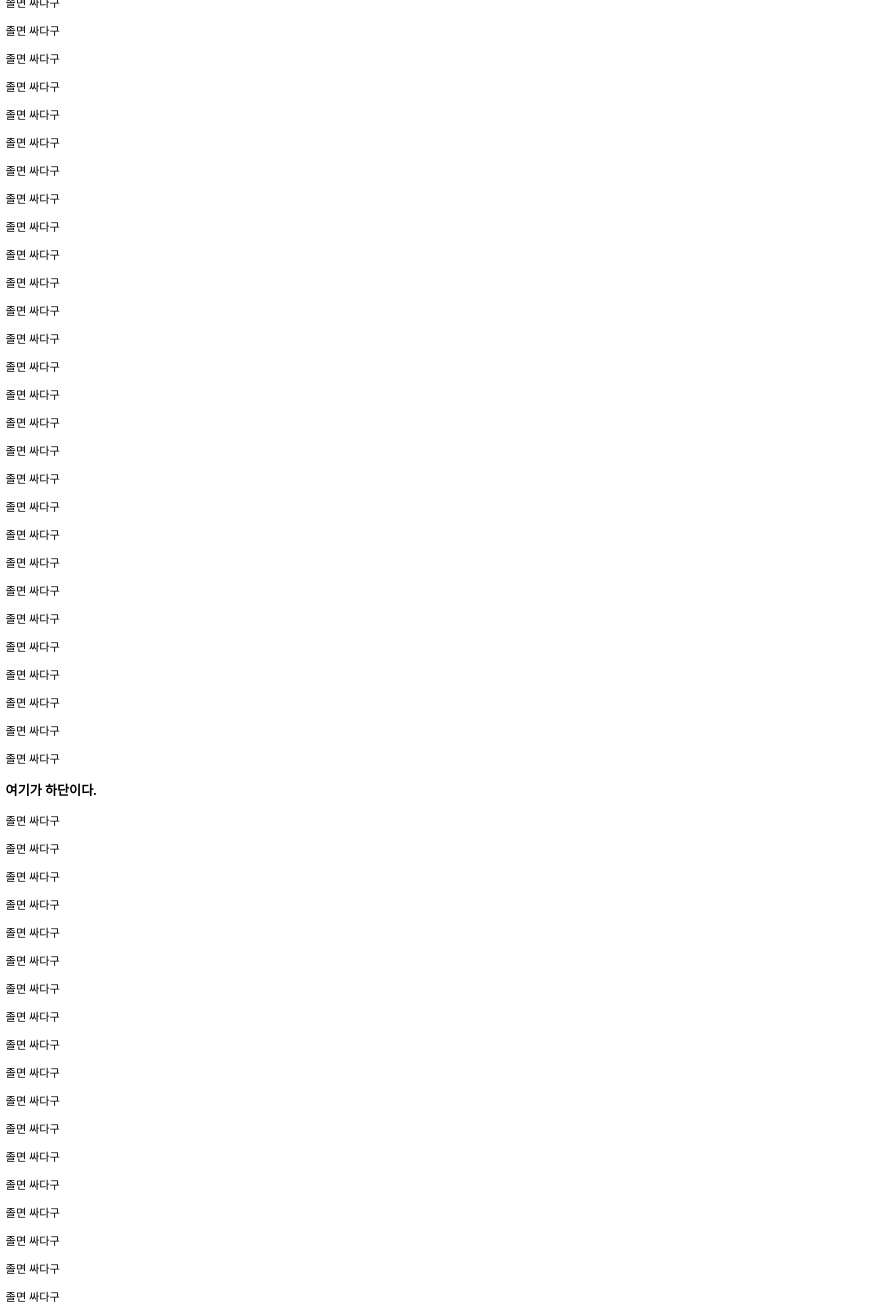
Repository: JeongHyeongKim/practice_myself
Page: Si_basic/WebProject/setp01_HTMLCS/WebContent/HTML/ex02_aTag.html
These files come from the project's save history. The page is drawn as it stood at one moment and after the next save; the edit follows.
The browser window is 1280 px wide. The pictures show the part of the page from y = 1288 to 3208 px (the page is 3168 px tall before and 3208 px after), at 70% of full size.

Above is the page before, as saved 2019-04-22 04:10:36.

After the next save:
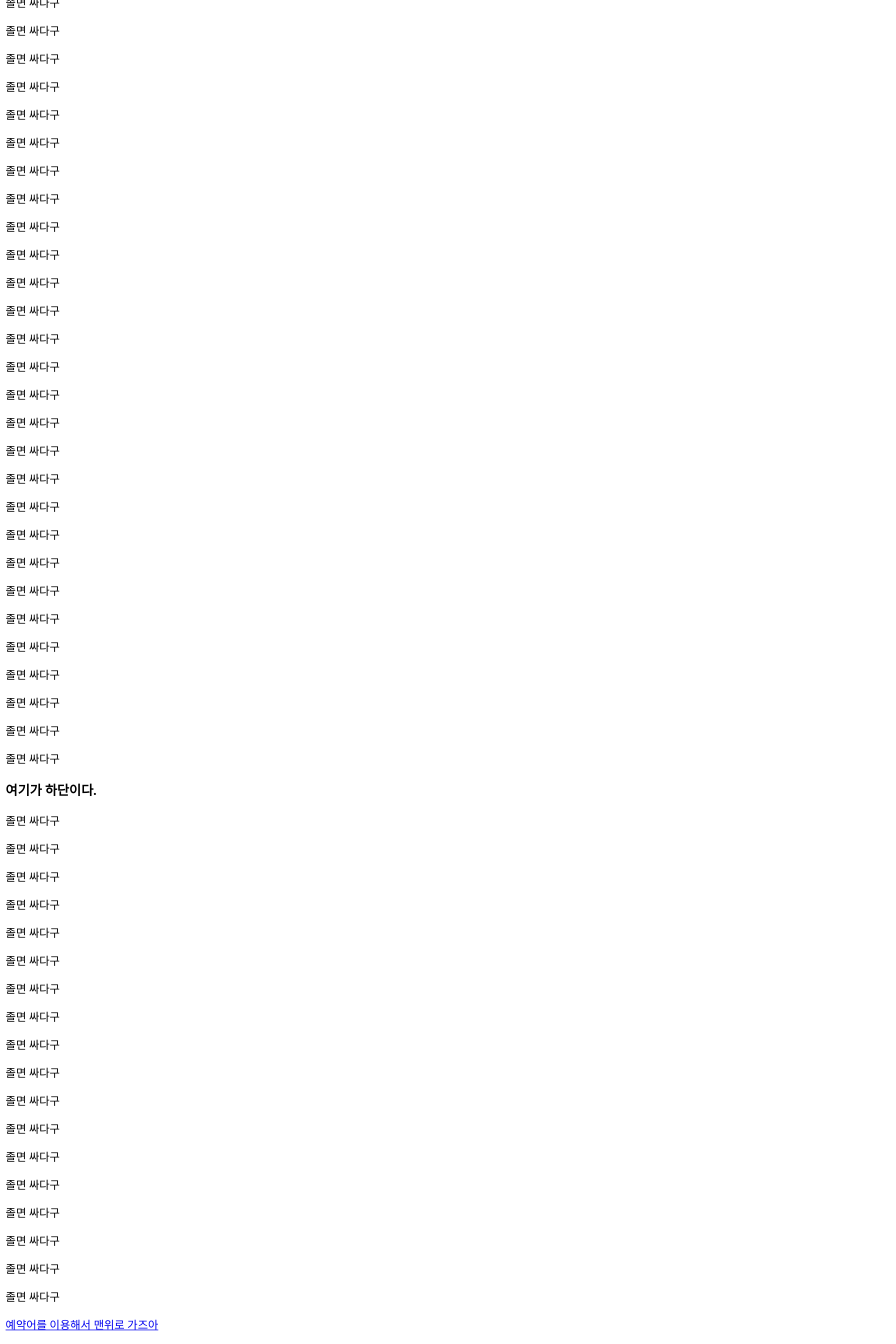
Saved 90 s later.
--- a/Si_basic/WebProject/setp01_HTMLCS/WebContent/HTML/ex02_aTag.html
+++ b/Si_basic/WebProject/setp01_HTMLCS/WebContent/HTML/ex02_aTag.html
@@ -14,7 +14,7 @@
 			_top : 전체창
 			_parent : 부모창
 			이름 : 설정한 이름창
-			id에 #을 쓰면 이동하지 말라는 뜻임.
+			id에 #을 커서 같은 느낌으로 쓸 수 있다.
 		 -->
 		<a href="http://www.naver.com" target="_blank">naver</a> <p/>
 		<a href="http://www.daum.net">Daum</a> <p/>
@@ -29,5 +29,6 @@
 		졸면 싸다구<p>졸면 싸다구<p>졸면 싸다구<p>졸면 싸다구<p>졸면 싸다구<p>졸면 싸다구<p>졸면 싸다구<p>졸면 싸다구<p>졸면 싸다구<p>졸면 싸다구<p>졸면 싸다구<p>졸면 싸다구<p>졸면 싸다구<p>졸면 싸다구<p>졸면 싸다구<p>졸면 싸다구<p>졸면 싸다구<p>졸면 싸다구<p>졸면 싸다구<p>졸면 싸다구<p>졸면 싸다구<p>졸면 싸다구<p>졸면 싸다구<p>졸면 싸다구<p>졸면 싸다구<p>졸면 싸다구<p>졸면 싸다구<p>졸면 싸다구<p>졸면 싸다구<p>졸면 싸다구<p>졸면 싸다구<p>졸면 싸다구<p>
 		<h3 id="footer">여기가 하단이다.</h3>
 		졸면 싸다구<p>졸면 싸다구<p>졸면 싸다구<p>졸면 싸다구<p>졸면 싸다구<p>졸면 싸다구<p>졸면 싸다구<p>졸면 싸다구<p>졸면 싸다구<p>졸면 싸다구<p>졸면 싸다구<p>졸면 싸다구<p>졸면 싸다구<p>졸면 싸다구<p>졸면 싸다구<p>졸면 싸다구<p>졸면 싸다구<p>졸면 싸다구<p>
+		<a href="#top">예약어를 이용해서 맨위로 가즈아</a>
 	</body>
 </html>
